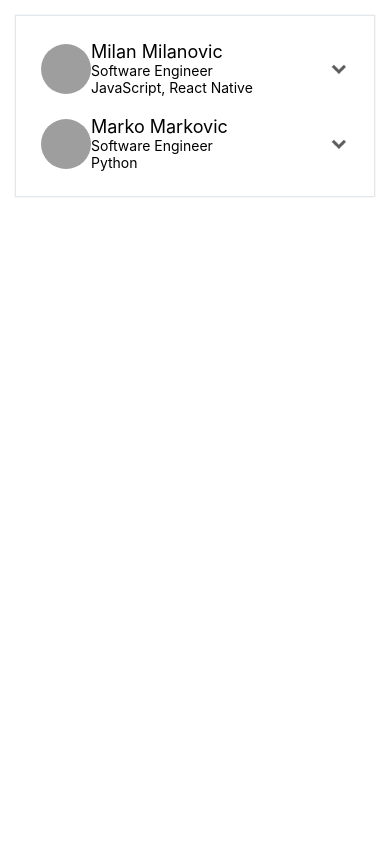
Repository: likanbl/intern-feature
Screen: /
An editor plug-in stored every save of this project. The screen is shown before and after the next save, followed by the edit.
Pictures or frames that could not be fetched are drawn as grey boxes. The app was drawn by React Native's web renderer in a window 390 px wide. The project was rebuilt for these pictures with package versions that can differ from the ones it lists, and the page was loaded fresh each time.

Above is the screen before, as saved 2019-09-13 14:10:33.

### App.js
/**
 * Sample React Native App
 * https://github.com/facebook/react-native
 *
 * @format
 * @flow
 */

import React, {Component} from 'react';

import Home from './src/components/home/Home';

export default class App extends Component {
  render() {
    return <Home></Home>;
  }
}

### src/components/home/Home.js
import React, {Component} from 'react';
import {View, FlatList, Text, StyleSheet} from 'react-native';
import {Card} from 'react-native-elements';
import {HomeItem} from './HomeItem';

const Data = [
  {
    Name: 'Milan Milanovic',
    role: 'Software Engineer',
    skills: 'JavaScript, React Native',
    additionalInfo: 'Milan Milanovic description',
  },
  {
    Name: 'Marko Markovic',
    role: 'Software Engineer',
    skills: 'Python',
    additionalInfo: 'Marko Markovic description',
  },
];
export default class Home extends Component {
  renderItem = ({item}) => <HomeItem item={item} />;

  render() {
    return (
      <Card>
        <View style={StyleSheet.container}>
          <FlatList
            data={Data}
            renderItem={this.renderItem}
            keyExtractor={Data.id}
          />
        </View>
      </Card>
    );
  }
}

### src/components/home/HomeItem.js
import React, {Component} from 'react';
import {
  View,
  Text,
  Image,
  TouchableWithoutFeedback,
  StyleSheet,
} from 'react-native';
import PropTypes from 'prop-types';
import {images} from '../../assets/images';
import {Avatar} from 'react-native-elements';

const propTypes = {
  item: PropTypes.object,
};

class HomeItem extends Component {
  state = {
    isSelected: false,
  };

  onPress = () => {
    this.setState((prevState, prevProps) => ({
      isSelected: !prevState.isSelected,
    }));
  };

  renderDetails = () => (
    <View style={styles.titleContainer}>
      <Text style={styles.description}>{this.props.item.additionalInfo}</Text>
    </View>
  );

  render() {
    const {isSelected} = this.state;
    return (
      <View style={styles.container}>
        <TouchableWithoutFeedback onPress={this.onPress}>
          <View style={styles.titleContainer}>
            <Avatar
              size="medium"
              rounded
              source={{
                uri:
                  'https://s3.amazonaws.com/uifaces/faces/twitter/ladylexy/128.jpg',
              }}
            />
            <View style={styles.nameRole}>
              <Text style={styles.title}>{this.props.item.Name}</Text>
              <Text style={styles.role}>{this.props.item.role}</Text>
              <Text style={styles.role}>{this.props.item.skills}</Text>
            </View>
            <Image
              source={isSelected ? images.close : images.expand}
              style={styles.image}
            />
          </View>
        </TouchableWithoutFeedback>
        {isSelected && this.renderDetails()}
      </View>
    );
  }
}
HomeItem.propTypes = propTypes;

const styles = StyleSheet.create({
  nameRole: {
    flex: 1,
  },
  container: {
    flex: 1,
    flexDirection: 'column',
    margin: 10,
  },
  titleContainer: {
    flexDirection: 'row',
    justifyContent: 'space-around',
    alignItems: 'center',
  },
  title: {
    flex: 1,
    fontSize: 18,
  },
  role: {
    flex: 1,
    fontSize: 14,
  },
  description: {
    flex: 1,
    fontSize: 22,
    color: 'gray',
    paddingTop: 10,
  },
  image: {
    width: 20,
    height: 20,
  },
});

export {HomeItem};

### src/assets/images.js
export const images = {
  expand: require('../../resources/expand.png'),
  close: require('../../resources/close.png'),
};

After the next save:
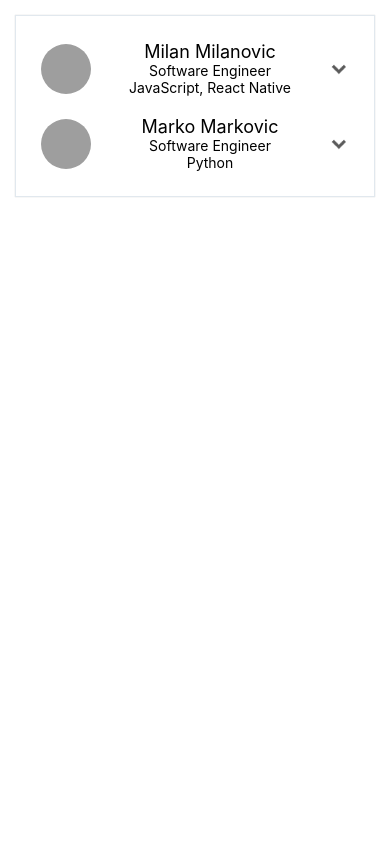
Saved 10 min 38 s later.
--- a/src/components/home/HomeItem.js
+++ b/src/components/home/HomeItem.js
@@ -66,6 +66,8 @@
 const styles = StyleSheet.create({
   nameRole: {
     flex: 1,
+    alignItems: 'center',
+    justifyContent: 'center',
   },
   container: {
     flex: 1,

After the 2 saves that followed:
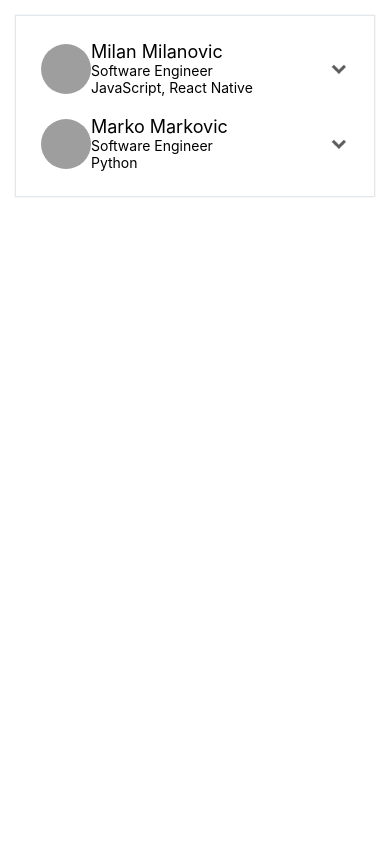
The 2 saves are shown as one change because 1 left the picture as it was.
The last was saved 3 min 45 s later.
--- a/src/components/home/HomeItem.js
+++ b/src/components/home/HomeItem.js
@@ -66,7 +66,7 @@
 const styles = StyleSheet.create({
   nameRole: {
     flex: 1,
-    alignItems: 'center',
+
     justifyContent: 'center',
   },
   container: {
